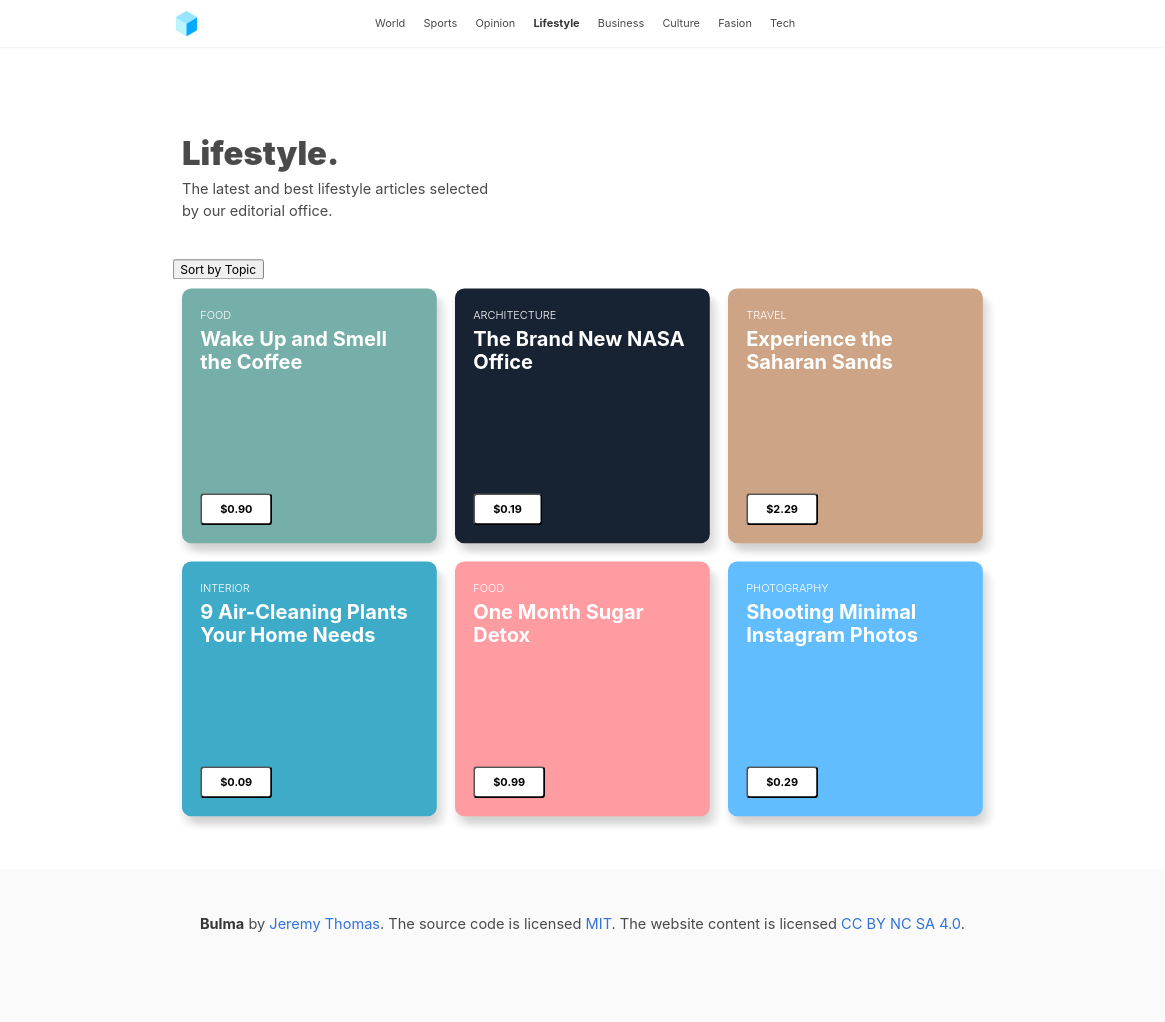
Repository: DOODpls/js_ass1
Page: index.html
An editor plug-in stored every save of this project. The page is shown before and after the next save, followed by the edit.
The browser window is 1280 px wide. The pictures show the whole page, at 91% of full size.

Above is the page before, as saved 2019-11-22 19:30:42.

After the next save:
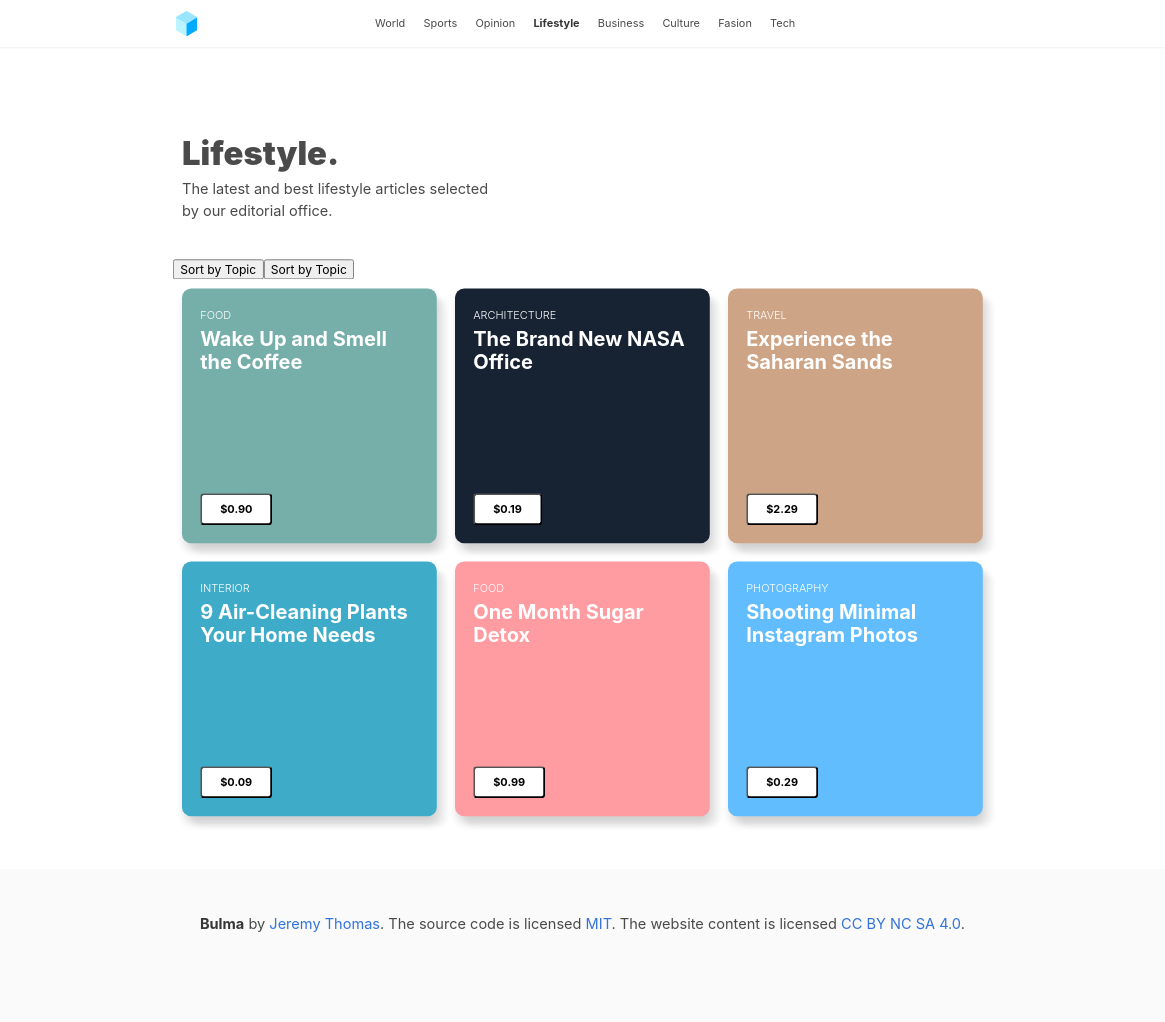
Saved 5 s later.
--- a/app.js
+++ b/app.js
@@ -117,7 +117,7 @@ const data = [
     btn2.className= 'buy-button'
     btn2.id = "butt2"
     btn2.innerText = "Sort by Topic"
-    container.append(btn1)
+    container.append(btn1, btn2)
 
     function sort1(){
         data.sort((a, b) => (a.topic > b.topic) ? 1 : -1)
